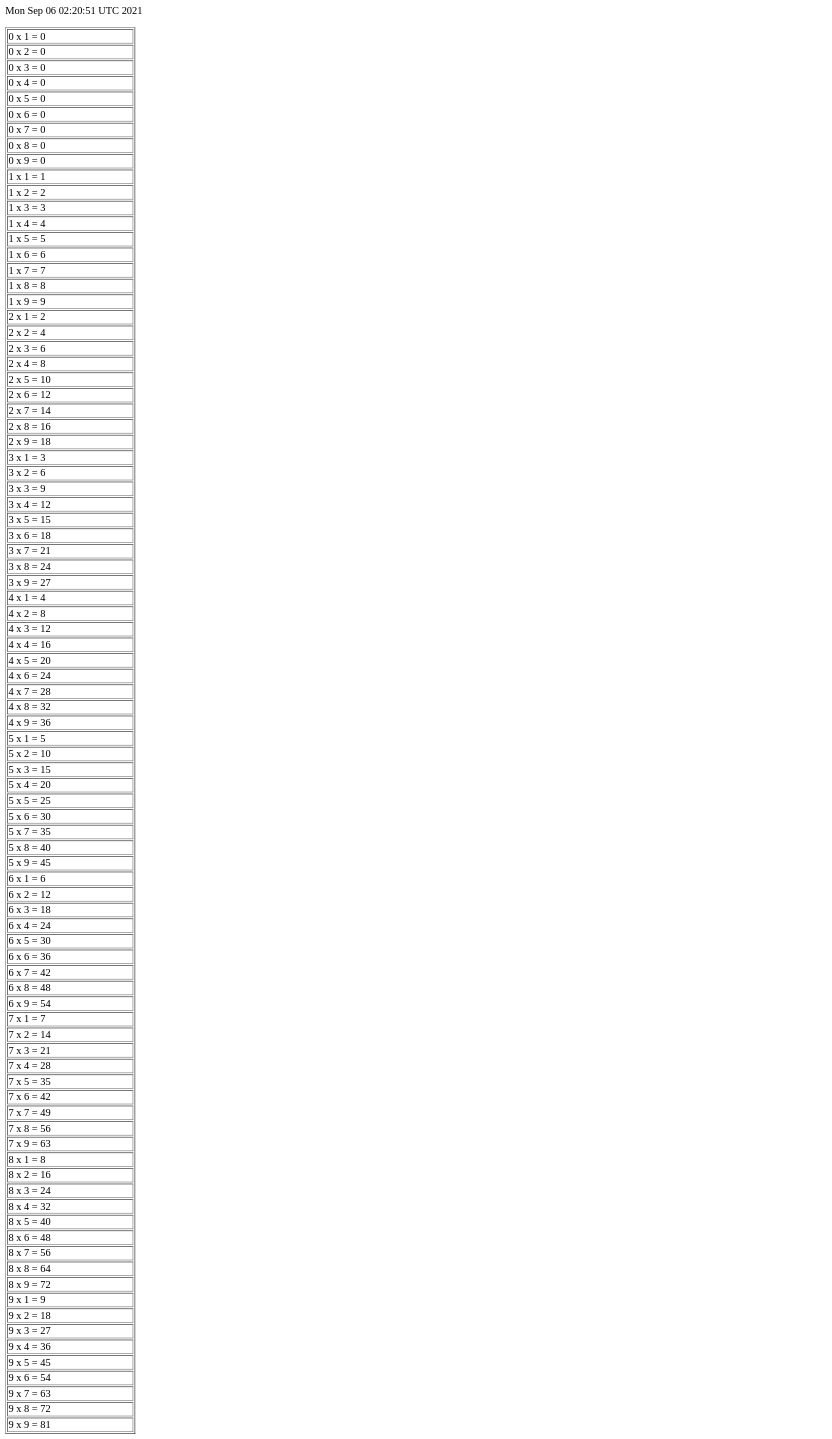
Repository: soobin10236/Class
Page: http://localhost/Web10/
An editor plug-in stored every save of this project. The page is shown before and after the next save, followed by the edit.
The browser window is 1280 px wide. The pictures show the whole page, at 65% of full size.
The page is served by Tomcat 9.

Above is the page before, as saved 2021-09-08 02:53:47.

After the next save:
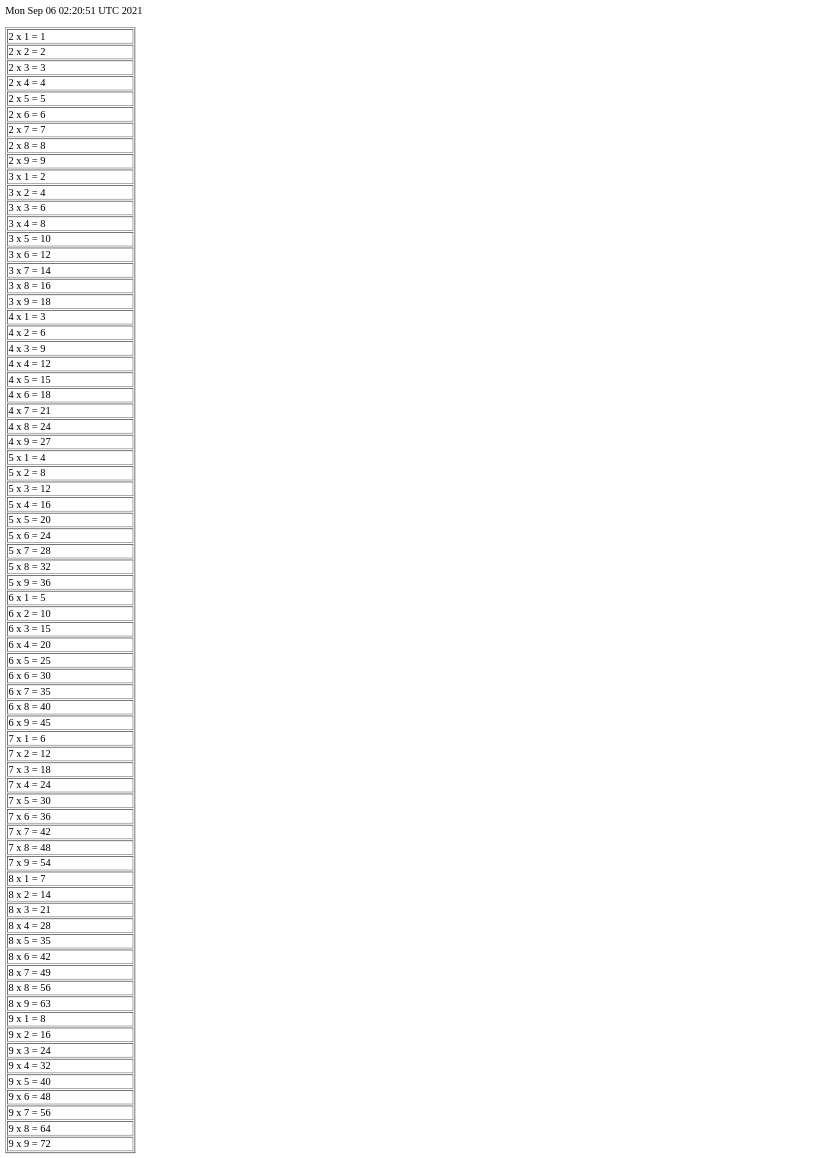
Saved 31 s later.
--- a/Web10/src/main/webapp/index.jsp
+++ b/Web10/src/main/webapp/index.jsp
@@ -26,11 +26,11 @@
 	<table border="1" width="200">
 	<%
 	int sum = 0;
-	for(int i=0;i<10;i++){
+	for(int i=1;i<=8;i++){
 		for(int j=1;j<=9;j++){
 	%>
 		<tr>
-			<td><%=i%> x <%=j %> = <%= i*j %></td>
+			<td><%=i+1%> x <%=j %> = <%= i*j %></td>
 		</tr>
 	<%
 		}
